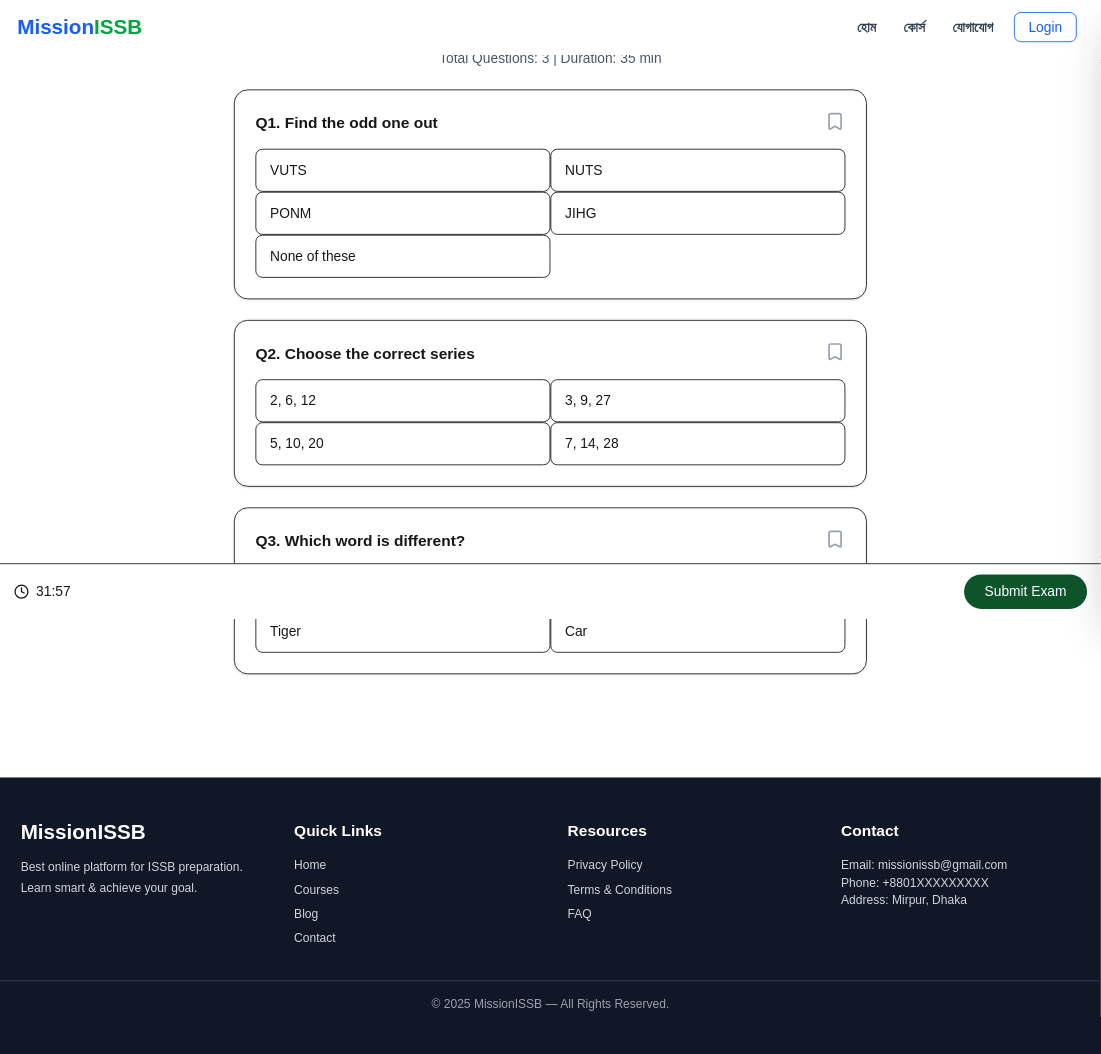
Repository: mdmuhibullahhabib/missionissb
Page: /exam/verbal-model-test-01
The author's editor kept a copy of each file at every save. The page is drawn from the files as they stood at one save, then again after the next save.
The browser window is 1280 px wide. The pictures show the whole page, at 86% of full size.
The page's requests for data from a server got no answer. The project was rebuilt for these pictures with package versions that can differ from the ones it lists, and the page was loaded fresh each time. The framework's server and built-in components were replaced by stand-ins that run in the browser. No one was signed in, and anything a server would have sent is missing. Also part of the build but not shown: next.config.mjs, app/exam/[id]/components/SubmitModal.jsx.

Above is the page before, as saved 2025-12-15 16:53:17.

### app/layout.js
import { Geist, Geist_Mono } from 'next/font/google'
import './globals.css'
import Footer from '@/components/shared/Footer'
import Navbar from '@/components/shared/Navbar'
import NextAuthProvider from './providers/NextAuthProvider'
import LayoutWrapper from '@/components/LayoutWrapper'

const geistSans = Geist({
  variable: '--font-geist-sans',
  subsets: ['latin']
})

const geistMono = Geist_Mono({
  variable: '--font-geist-mono',
  subsets: ['latin']
})

export const metadata = {
  title: 'Mission ISSB',
  description: 'Generated by create next app'
}

export default function RootLayout({ children }) {
  return (
    <html lang='en' suppressHydrationWarning={true}>
      <body
        className={`${geistSans.variable} ${geistMono.variable} antialiased`}
      >
        <NextAuthProvider>

                    <LayoutWrapper>{children}</LayoutWrapper>


          {/* <Navbar />

          {children}

          <Footer /> */}
        </NextAuthProvider>
      </body>
    </html>
  )
}

### app/exam/[id]/page.jsx
"use client";

import { useState } from "react";
import { Clock } from "lucide-react";
import McqCard from "./components/McqCard";
import SubmitModal from "./components/SubmitModal";

/* Fake Questions */
const questions = [
  {
    question: "Find the odd one out",
    options: ["VUTS", "NUTS", "PONM", "JIHG", "None of these"],
  },
  {
    question: "Choose the correct series",
    options: ["2, 6, 12", "3, 9, 27", "5, 10, 20", "7, 14, 28"],
  },
  {
    question: "Which word is different?",
    options: ["Dog", "Cat", "Tiger", "Car"],
  },
];

const ExamPage = () => {
  const [currentQ, setCurrentQ] = useState(0);
  const [answers, setAnswers] = useState({});
  const [showSubmitModal, setShowSubmitModal] = useState(false);

  const handleSelect = (idx) => {
    setAnswers({ ...answers, [currentQ]: idx });
  };

  return (
    <div className="min-h-screen bg-white pb-24">

      {/* Header */}
      <div className="text-center py-6">
        <h1 className="text-2xl font-bold">Verbal Model Test 01</h1>
        <p className="text-gray-600">
          Total Questions: {questions.length} | Duration: 35 min
        </p>
      </div>

      {/* Question Card */}
           <div className="max-w-3xl mx-auto px-4">
        {questions.map((q, index) => (
          <McqCard
            key={index}
            index={index}
            question={q.question}
            options={q.options}
            selectedAnswer={answers[index]}
            onSelect={(optIdx) =>
              handleSelect(index, optIdx)
            }
          />
        ))}
      </div>

      {/* Footer */}
      <div className="fixed bottom-0 left-0 w-full bg-white border-t px-4 py-3 flex justify-between">
        <div className="flex items-center gap-2 font-medium">
          <Clock size={18} /> 31:57
        </div>

        <button
          onClick={() => setShowSubmitModal(true)}
          className="bg-green-900 text-white px-6 py-2 rounded-full"
        >
          Submit Exam
        </button>
      </div>

      {/* Submit Modal */}
      <SubmitModal
        open={showSubmitModal}
        onClose={() => setShowSubmitModal(false)}
        onSubmit={() => {
          setShowSubmitModal(false);
          alert("Exam Submitted!");
        }}
      />
    </div>
  );
};

export default ExamPage;

### components/shared/Footer.jsx
"use client";
import Link from "next/link";

export default function Footer() {
  return (
    <footer className="bg-gray-900 text-gray-300 py-12">
      <div className="max-w-7xl mx-auto grid grid-cols-1 md:grid-cols-4 gap-10 px-6">

        {/* Column 1 */}
        <div>
          <h2 className="text-2xl font-bold text-white">MissionISSB</h2>
          <p className="mt-3 text-sm leading-6">
            Best online platform for ISSB preparation.
            Learn smart & achieve your goal.
          </p>
        </div>

        {/* Column 2 */}
        <div>
          <h3 className="text-lg font-semibold text-white mb-4">Quick Links</h3>
          <ul className="space-y-2 text-sm">
            <li><Link href="/" className="hover:text-white">Home</Link></li>
            <li><Link href="/courses" className="hover:text-white">Courses</Link></li>
            <li><Link href="/blog" className="hover:text-white">Blog</Link></li>
            <li><Link href="/contact" className="hover:text-white">Contact</Link></li>
          </ul>
        </div>

        {/* Column 3 */}
        <div>
          <h3 className="text-lg font-semibold text-white mb-4">Resources</h3>
          <ul className="space-y-2 text-sm">
            <li><Link href="/privacy" className="hover:text-white">Privacy Policy</Link></li>
            <li><Link href="/terms" className="hover:text-white">Terms & Conditions</Link></li>
            <li><Link href="/faq" className="hover:text-white">FAQ</Link></li>
          </ul>
        </div>

        {/* Column 4 */}
        <div>
          <h3 className="text-lg font-semibold text-white mb-4">Contact</h3>
          <p className="text-sm">Email: missionissb@gmail.com</p>
          <p className="text-sm">Phone: +8801XXXXXXXXX</p>
          <p className="text-sm">Address: Mirpur, Dhaka</p>
        </div>
      </div>

      <div className="mt-10 border-t border-gray-700 pt-4 text-center text-gray-400 text-sm">
        © {new Date().getFullYear()} MissionISSB — All Rights Reserved.
      </div>
    </footer>
  );
}

### components/shared/Navbar.jsx
"use client";
import { useState, useEffect } from "react";
import Link from "next/link";
import { FiMenu, FiX } from "react-icons/fi";
import { useSession } from "next-auth/react";
import { useRouter } from "next/navigation";
import DrawerMenu from "../user/UserDrawerMenu";


// Fake user data
const fakeUser = {
    name: "Muhibullah Habib",
    email: "muhib@example.com",
    avatar: "https://i.pravatar.cc/100?img=11",
    role: "admin",
};

export default function Navbar() {
    const [open, setOpen] = useState(false);
    const [scroll, setScroll] = useState(false);
    const router = useRouter();
        const [drawerOpen, setDrawerOpen] = useState(false);
    const [userDrawerOpen, setUserDrawerOpen] = useState(false);
    const { data: session, status } = useSession();
    console.log(session)
    console.log(status)

    // Scroll detection for shadow effect
    useEffect(() => {
        const handleScroll = () => {
            setScroll(window.scrollY > 10);
        };
        window.addEventListener("scroll", handleScroll);
        return () => window.removeEventListener("scroll", handleScroll);
    }, []);

    const navLinks = [
        { name: "হোম", href: "/" },
        { name: "কোর্স", href: "/courses" },
        { name: "যোগাযোগ", href: "/contact" },
    ];

    // User icon click
    const handleUserClick = () => {
        if (status == "authenticated") {
            setUserDrawerOpen(true);
        } else {
            router.push("/auth");
        }
    };

    return (
        <>
            <nav
                className={`w-full fixed top-0 z-50 transition-all ${scroll ? "bg-white shadow-md" : "bg-white"
                    }`}
            >
                <div className="max-w-7xl mx-auto px-5 py-3 flex justify-between items-center">

                    {/* Logo */}
                    <Link href="/" className="text-2xl font-bold text-blue-600">
                        Mission<span className="text-green-600">ISSB</span>
                    </Link>


                    {/* Auth Buttons */}
                    <div className="hidden items-center md:flex gap-4">
                        {/* Desktop Menu */}
                        <div className="hidden md:flex gap-8">
                            {navLinks.map((link) => (
                                <Link
                                    key={link.name}
                                    href={link.href}
                                    className="text-gray-700 font-semibold hover:text-blue-600 transition font-medium"
                                >
                                    {link.name}
                                </Link>
                            ))}
                        </div>

                        {/* User Icon */}
                        <button
                            onClick={handleUserClick}
                            className="p-2 rounded-full hover:bg-gray-100 transition duration-150"
                        >
                            {status == "authenticated" ? (
                                <img
                                    src={fakeUser?.avatar}
                                    alt="user"
                                    className="h-8 w-8 rounded-full border"
                                />
                            ) : (
                                <Link
                                    href="/auth"
                                    className="px-4 py-2 border border-blue-600 text-blue-600 rounded-lg hover:bg-blue-600 hover:text-white transition"
                                >
                                    Login
                                </Link>
                            )}
                        </button>
                    </div>

                    {/* Mobile Toggle */}
                    <button onClick={() => setOpen(!open)} className="md:hidden text-3xl">
                        {open ? <FiX /> : <FiMenu />}
                    </button>
                </div>

                {/* Mobile Menu */}
                <div
                    className={`md:hidden bg-white fixed top-[64px] left-0 w-full h-screen transition-all duration-300 ${open ? "translate-y-0 opacity-100" : "-translate-y-5 opacity-0 pointer-events-none"
                        }`}
                >
                    <div className="flex flex-col gap-6 px-6 py-6 text-lg">
                        {navLinks.map((link) => (
                            <Link
                                key={link.name}
                                href={link.href}
                                onClick={() => setOpen(false)}
                                className="text-gray-700 hover:text-blue-600"
                            >
                                {link.name}
                            </Link>
                        ))}

                        <hr />

                        <Link
                            href="/auth/login"
                            onClick={() => setOpen(false)}
                            className="text-blue-600 font-semibold"
                        >
                            Login
                        </Link>
                    </div>
                </div>
            </nav>

            <DrawerMenu
                isOpen={userDrawerOpen}
                onClose={() => setUserDrawerOpen(false)}
                // user={user}
            />
        </>
    );
}

### app/providers/NextAuthProvider.jsx
"use client"
import { SessionProvider } from 'next-auth/react'
import React from 'react'

const NextAuthProvider = ({ children }) => {
    return <SessionProvider>{children}</SessionProvider>
}

export default NextAuthProvider;

### components/LayoutWrapper.jsx
"use client";

import { usePathname } from "next/navigation";
import Navbar from "./shared/Navbar";
import Footer from "./shared/Footer";

export default function LayoutWrapper({ children }) {
  const pathname = usePathname();
  const isAdmin = pathname.startsWith("/admin");
  const isAuth = pathname.startsWith("/auth");

  return (
    <>
      {!isAdmin && !isAuth && <Navbar />}

      <main>{children}</main>

      {!isAdmin && !isAuth && <Footer />}
    </>
  );
}

### app/exam/[id]/components/McqCard.jsx
"use client";

import { Bookmark } from "lucide-react";

const McqCard = ({
  index,
  question,
  options,
  selectedAnswer,
  onSelect,
}) => {
  return (
    <div className="border rounded-2xl p-6 shadow-sm mb-6">

      {/* Question */}
      <div className="flex justify-between items-start mb-4">
        <h2 className="font-semibold text-lg">
          Q{index + 1}. {question}
        </h2>
        <Bookmark className="text-gray-400 cursor-pointer" />
      </div>

      {/* Options */}
      <div className="space-3 grid md:grid-cols-2">
        {options.map((opt, idx) => (
          <button
            key={idx}
            onClick={() => onSelect(idx)}
            className={`w-full text-left px-4 py-3 border rounded-lg transition
              ${
                selectedAnswer === idx
                  ? "bg-green-100 border-green-600"
                  : "hover:bg-gray-50"
              }`}
          >
            {opt}
          </button>
        ))}
      </div>
    </div>
  );
};

export default McqCard;

### components/user/UserDrawerMenu.jsx
"use client";

import { FiX, FiUser, FiShoppingBag, FiSettings, FiGrid, FiLogOut } from "react-icons/fi";
import { motion, AnimatePresence } from "framer-motion";
import Image from "next/image";
import { useRouter } from "next/navigation";
import { signOut, useSession } from "next-auth/react";
import Link from "next/link";

export default function DrawerMenu({ isOpen, onClose, user = {} }) {
  const router = useRouter();
  const { data: session, status } = useSession();
  console.log(session)

  const handleNavigate = (path) => {
    onClose();
    router.push(path);
  };

  const handleLogout = async () => {
    // You can replace with your logout logic
    console.log("User logged out");
    onClose();
    await signOut();
  };

  const isAdmin = user?.role === "admin";

  return (
    <>
      {/* Overlay */}
      <AnimatePresence>
        {isOpen && (
          <motion.div
            initial={{ opacity: 0 }}
            animate={{ opacity: 1 }}
            exit={{ opacity: 0 }}
            onClick={onClose}
            className="fixed inset-0 bg-black/30 backdrop-blur-sm z-40 cursor-pointer"
          />
        )}
      </AnimatePresence>

      {/* Drawer */}
      <motion.div
        initial={{ x: "100%" }}
        animate={{ x: isOpen ? 0 : "100%" }}
        exit={{ x: "100%" }}
        transition={{ type: "spring", stiffness: 100, damping: 20 }}
        className="fixed top-0 right-0 h-full w-80 sm:w-96 bg-white shadow-2xl z-50 flex flex-col"
      >
        {/* Header */}
        <div className="flex justify-between items-center p-4 border-b">
          <div className="flex items-center gap-3">
            <Image
              src={user?.photo || "https://i.ibb.co/5j9n3yH/default-avatar.png"}
              width={40}
              height={40}
              alt="User avatar"
              className="rounded-full object-cover"
            />
            <div>
              <p className="font-semibold text-gray-800">
                {user?.name || "Guest User"}
              </p>
              <p className="text-xs text-gray-500">
                {isAdmin ? "Administrator" : "Regular User"}
              </p>
            </div>
          </div>
          <button onClick={onClose} className="text-gray-600 hover:text-red-500">
            <FiX className="h-6 w-6" />
          </button>
        </div>

        {/* Menu Items */}
        <div className="flex-1 overflow-y-auto p-5 space-y-4 text-gray-700">
          <button
            onClick={() => handleNavigate("/profile")}
            className="flex items-center gap-3 w-full p-3 rounded-xl hover:bg-gray-100 transition"
          >
            <FiUser className="text-red-500" />
            <span>My Profile</span>
          </button>

          <Link
            href={"/mycourse"}
            // onClick={() => handleNavigate("/mycourse")}
            className="flex items-center gap-3 w-full p-3 rounded-xl hover:bg-gray-100 transition"
          >
            <FiShoppingBag className="text-red-500" />
            <span>My Courses</span>
          </Link>

          <Link
            href={"/admin/dashboard"}
            // onClick={() => handleNavigate("/mycourse")}
            className="flex items-center gap-3 w-full p-3 rounded-xl hover:bg-gray-100 transition"
          >
            <FiShoppingBag className="text-red-500" />
            <span>Admin Dashboard</span>
          </Link>

          {isAdmin && (
            <button
              onClick={() => handleNavigate("/admin/dashboard")}
              className="flex items-center gap-3 w-full p-3 rounded-xl hover:bg-gray-100 transition"
            >
              <FiGrid className="text-red-500" />
              <span>Admin Dashboard</span>
            </button>
          )}
        </div>

        {/* Footer */}
        <div className="border-t p-4">
          <button
            onClick={handleLogout}
            className="flex items-center justify-center gap-2 w-full py-2 bg-red-600 text-white font-medium rounded-xl hover:bg-red-700 transition"
          >
            <FiLogOut />
            Logout
          </button>
        </div>
      </motion.div>
    </>
  );
}

Loaded but not shown: app/globals.css (common file)

After the next save:
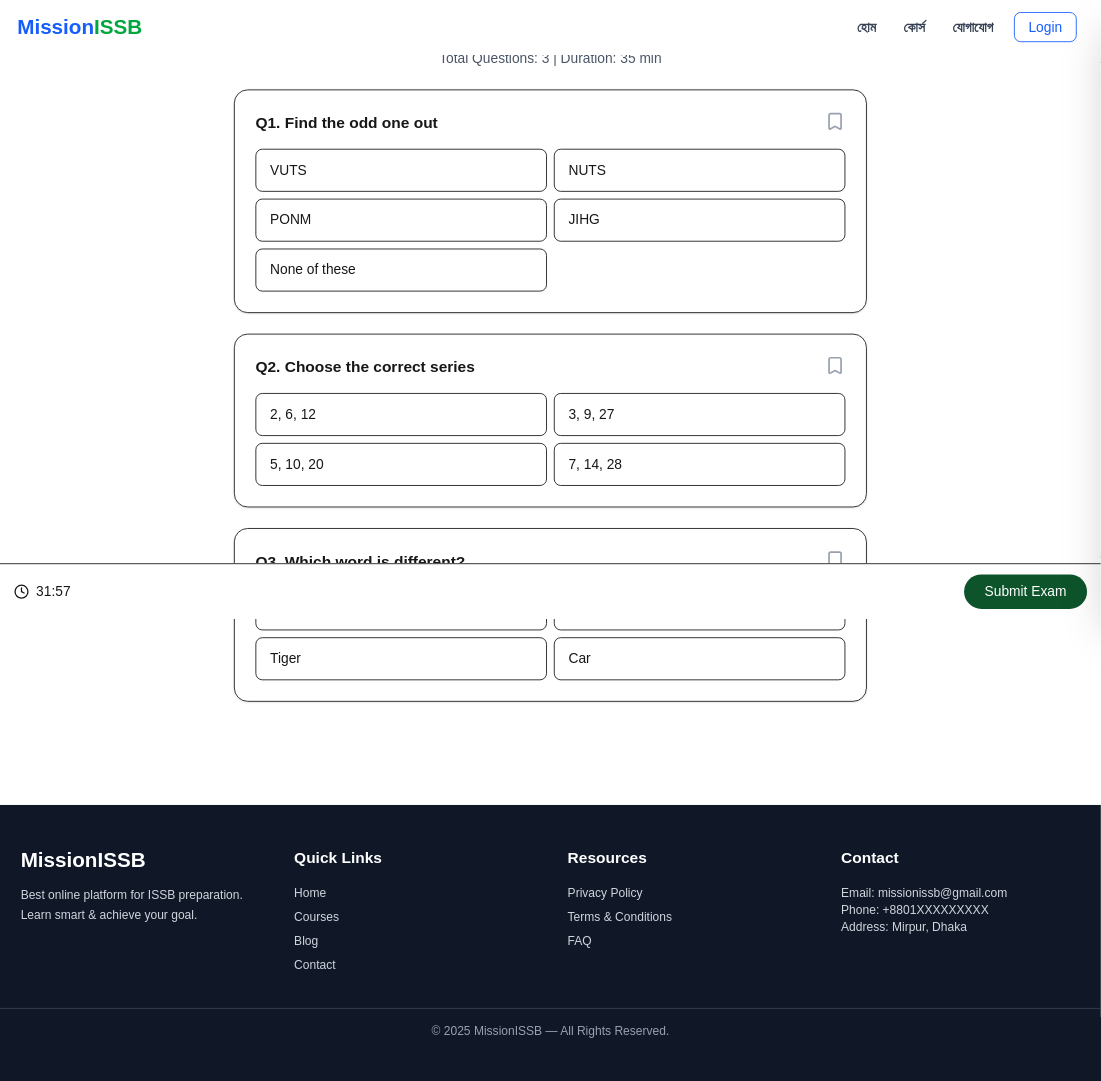
Saved 13 s later.
--- a/app/exam/[id]/components/McqCard.jsx
+++ b/app/exam/[id]/components/McqCard.jsx
@@ -21,7 +21,7 @@ const McqCard = ({
       </div>
 
       {/* Options */}
-      <div className="space-3 grid md:grid-cols-2">
+      <div className="space-3 gap-2 grid md:grid-cols-2">
         {options.map((opt, idx) => (
           <button
             key={idx}
